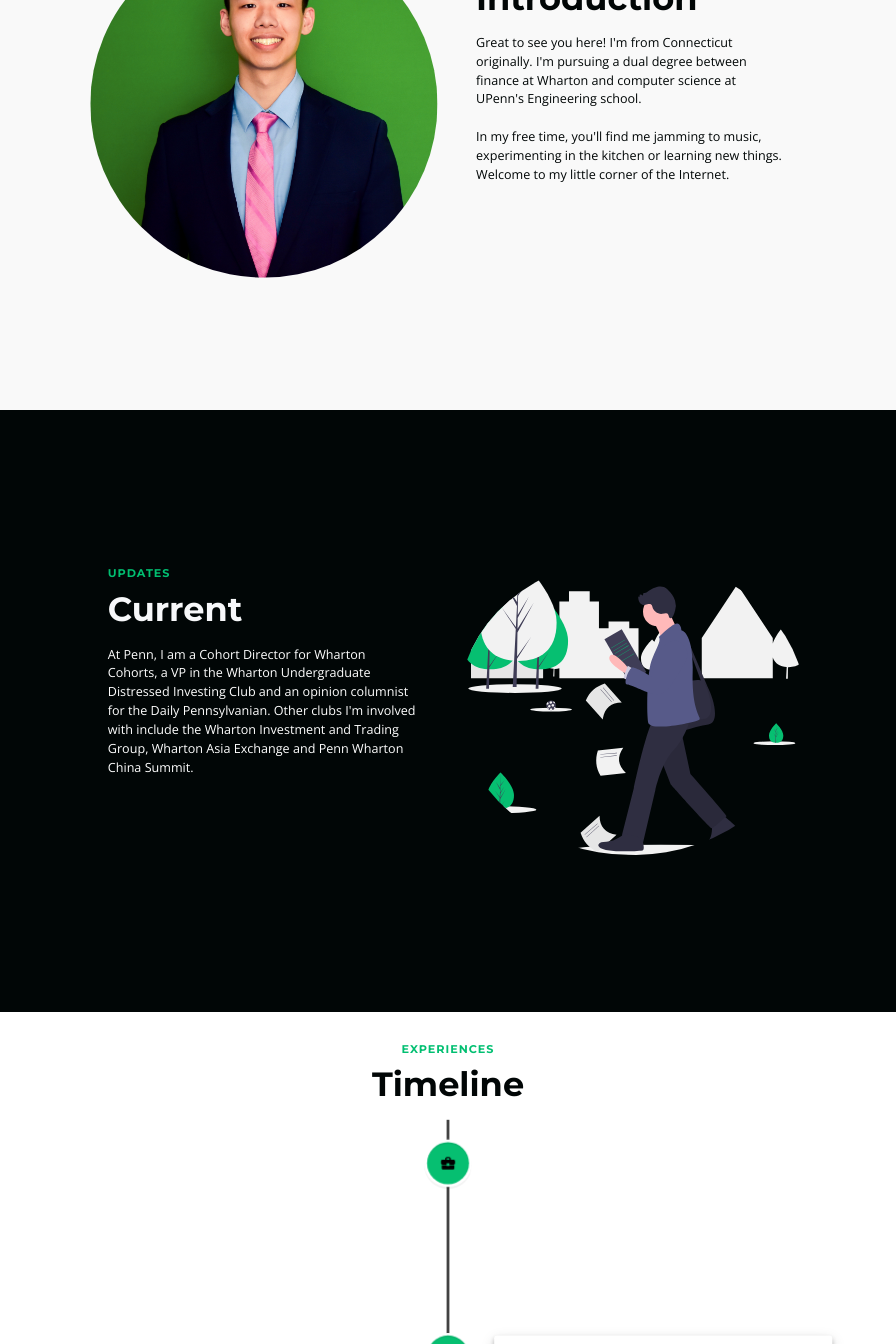
Repository: icer6683/Website
Page: /
These files come from the project's save history. The page is drawn as it stood at one moment and after the next save; the edit follows.
The browser window is 1280 px wide. The pictures show the part of the page from y = 1154 to 3074 px (the page is 5672 px tall), at 70% of full size.
The project was rebuilt for these pictures with package versions that can differ from the ones it lists, and the page was loaded fresh each time. Also part of the build but not shown: src/Components/ContactMe/ContactMeElements.js, src/Components/ContactMe/index.js, src/Pages/contactme.js. Imported but missing from the stored project, and not drawn on this page: src/Video/video.mp4.

Above is the page before, as saved 2023-07-03 13:51:28.

After the next save:
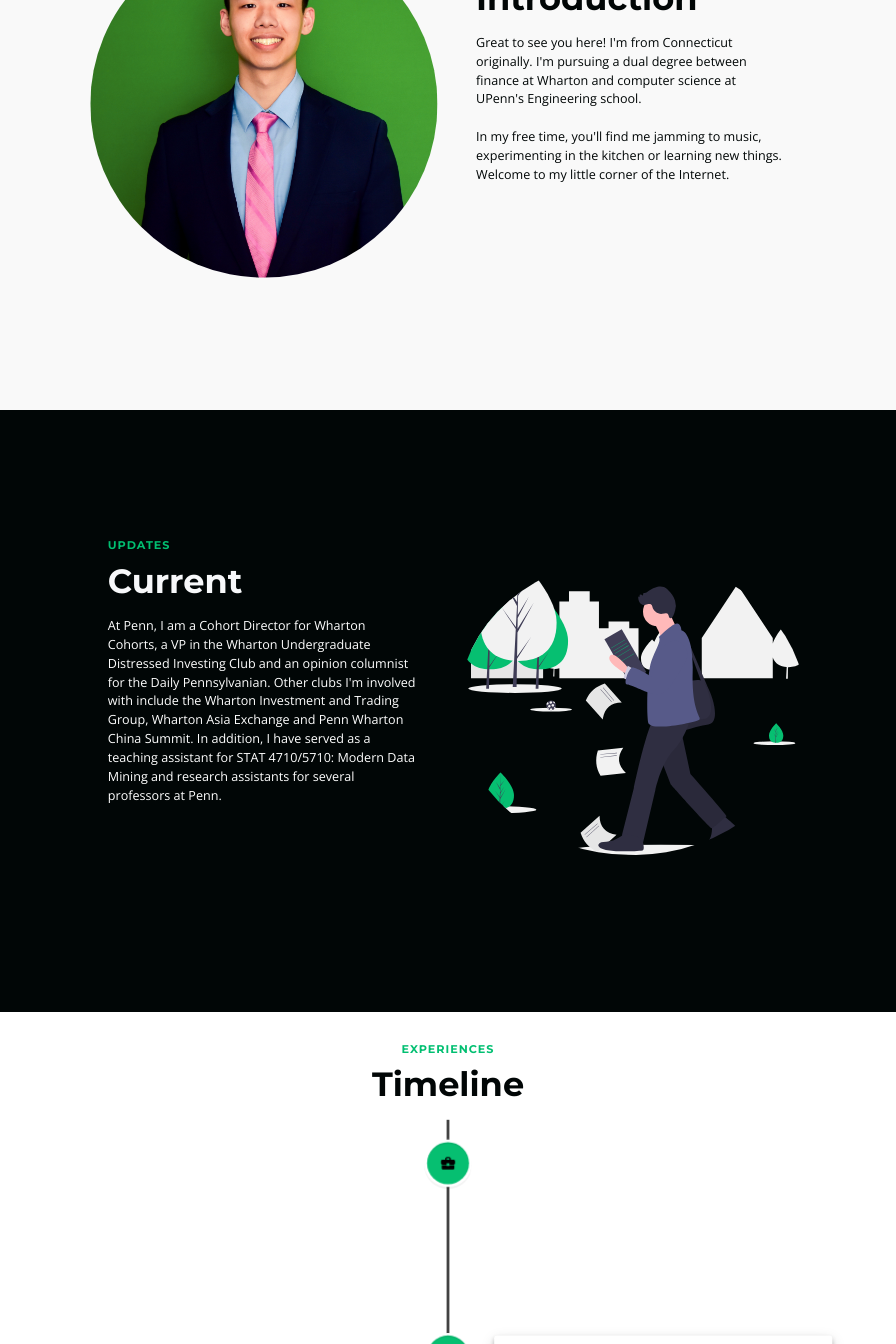
Saved 93 s later.
--- a/src/Components/Sections/Data.js
+++ b/src/Components/Sections/Data.js
@@ -26,7 +26,7 @@
     lightTextDesc: true,
     topLine: 'Updates',
     headline: "Current",
-    description: "At Penn, I am a Cohort Director for Wharton Cohorts, a VP in the Wharton Undergraduate Distressed Investing Club and an opinion columnist for the Daily Pennsylvanian. Other clubs I'm involved with include the Wharton Investment and Trading Group, Wharton Asia Exchange and Penn Wharton China Summit. ",
+    description: "At Penn, I am a Cohort Director for Wharton Cohorts, a VP in the Wharton Undergraduate Distressed Investing Club and an opinion columnist for the Daily Pennsylvanian. Other clubs I'm involved with include the Wharton Investment and Trading Group, Wharton Asia Exchange and Penn Wharton China Summit. In addition, I have served as a teaching assistant for STAT 4710/5710: Modern Data Mining and research assistants for several professors at Penn. ",
     shape: false,
     imgStart: false,
     img: walking,
